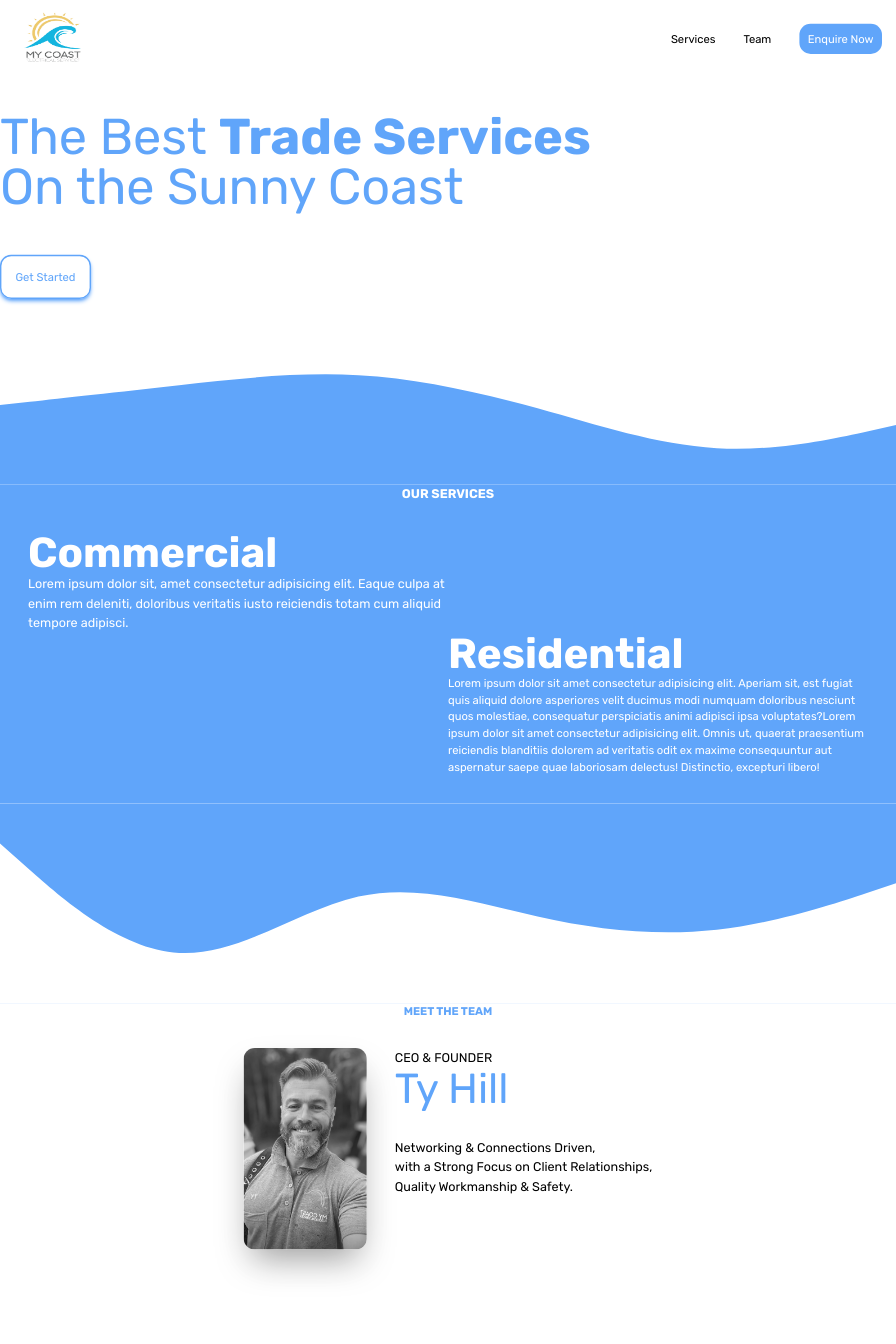
Repository: Jace-Kington/mce-website
Page: /
An editor plug-in stored every save of this project. The page is shown before and after the next save, followed by the edit.
The browser window is 1280 px wide. The pictures show the part of the page from y = 0 to 1920 px (the page is 2879 px tall), at 70% of full size.
The project was rebuilt for these pictures with package versions that can differ from the ones it lists, and the page was loaded fresh each time. The framework's server and built-in components were replaced by stand-ins that run in the browser. Also part of the build but not shown: next.config.js.

Above is the page before, as saved 2022-11-12 14:09:05.

After the next save:
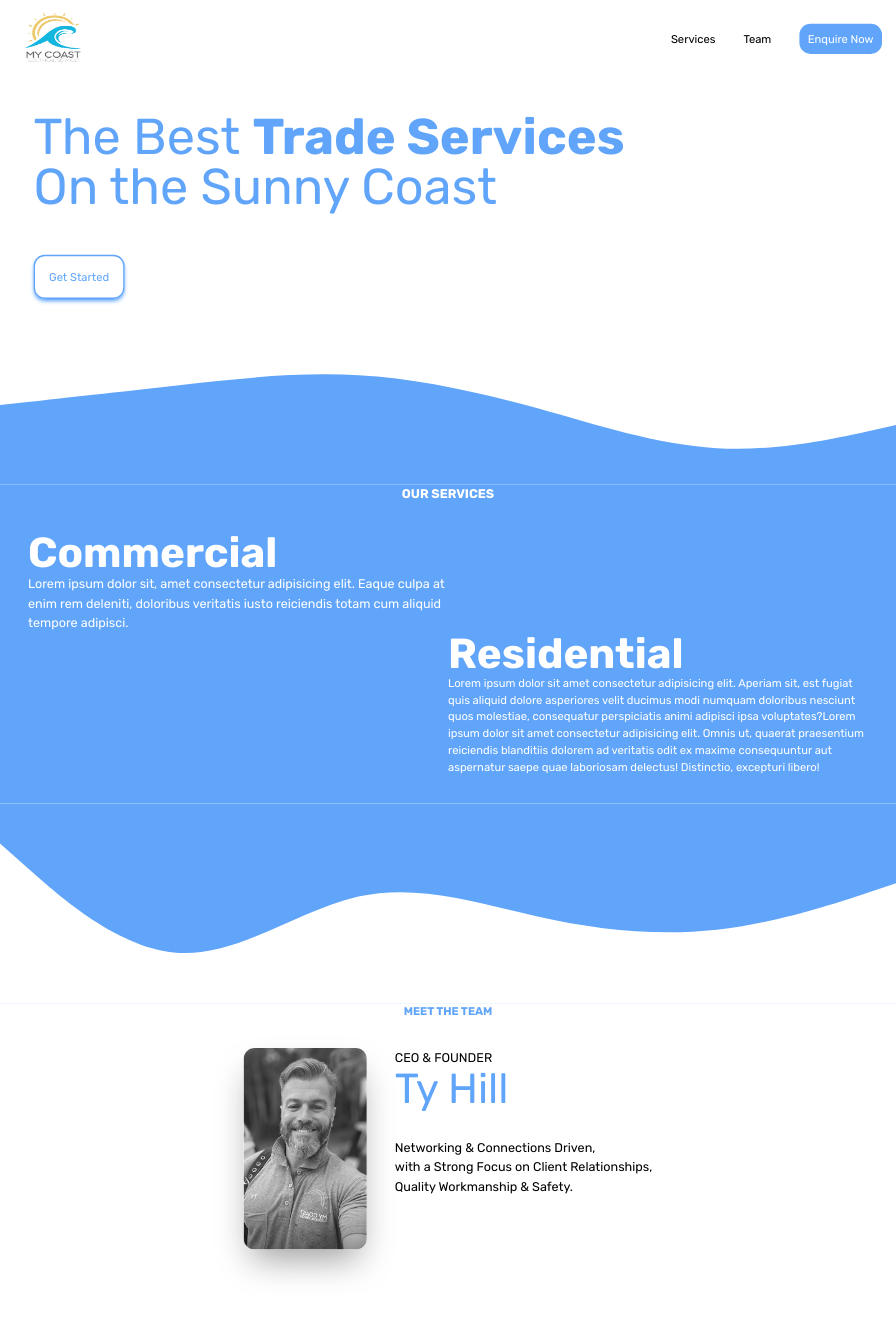
Saved 13 s later.
--- a/components/Navbar.jsx
+++ b/components/Navbar.jsx
@@ -33,7 +33,7 @@ const Navbar = () => {
         </div>
       </div>
 
-      <div className='text-left text-blue-400 mt-12'>
+      <div className='text-left text-blue-400 mt-12 ml-12'>
         <div className='text-7xl'>
           The Best <strong>Trade Services</strong>
         </div>
